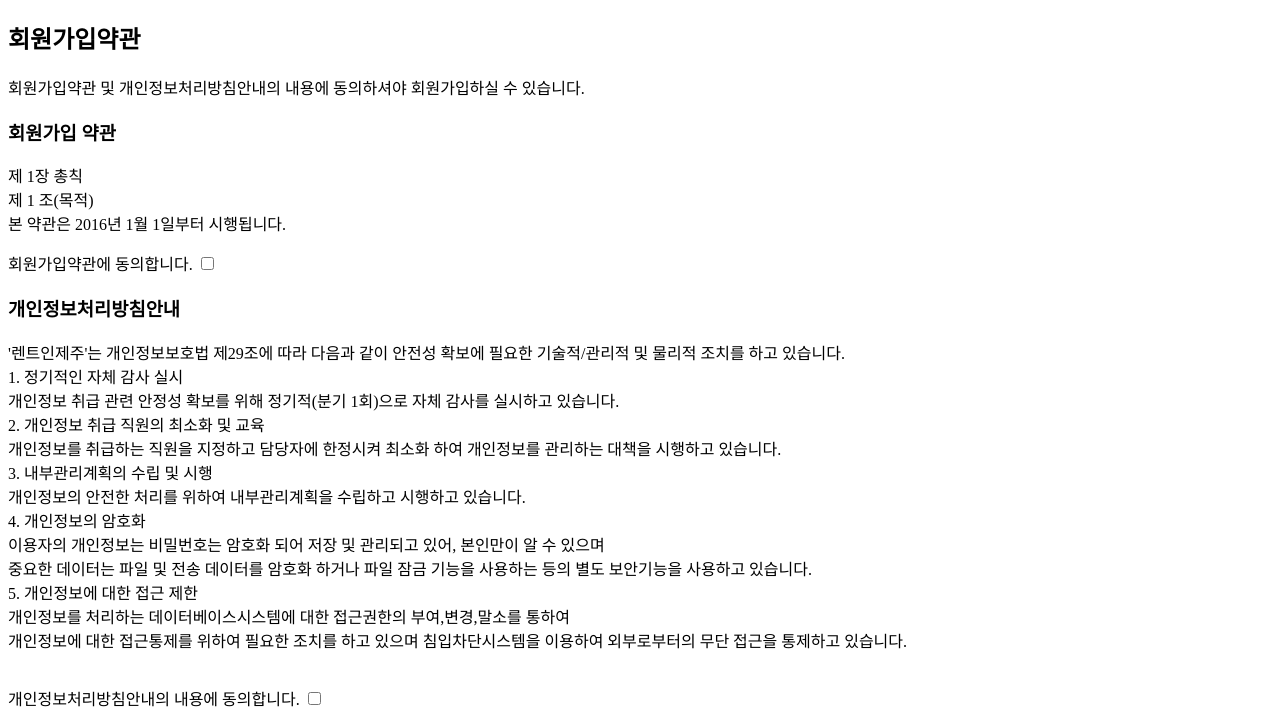
Repository: ks12b0000/JSP-School-Class
Page: chap10_JSP/src/main/webapp/Test/memberWriteSub.html
An editor plug-in stored every save of this project. The page is shown before and after the next save, followed by the edit.
The browser window is 1280 px wide. The pictures show the whole page.

Above is the page before, as saved 2022-06-03 12:42:15.

After the next save:
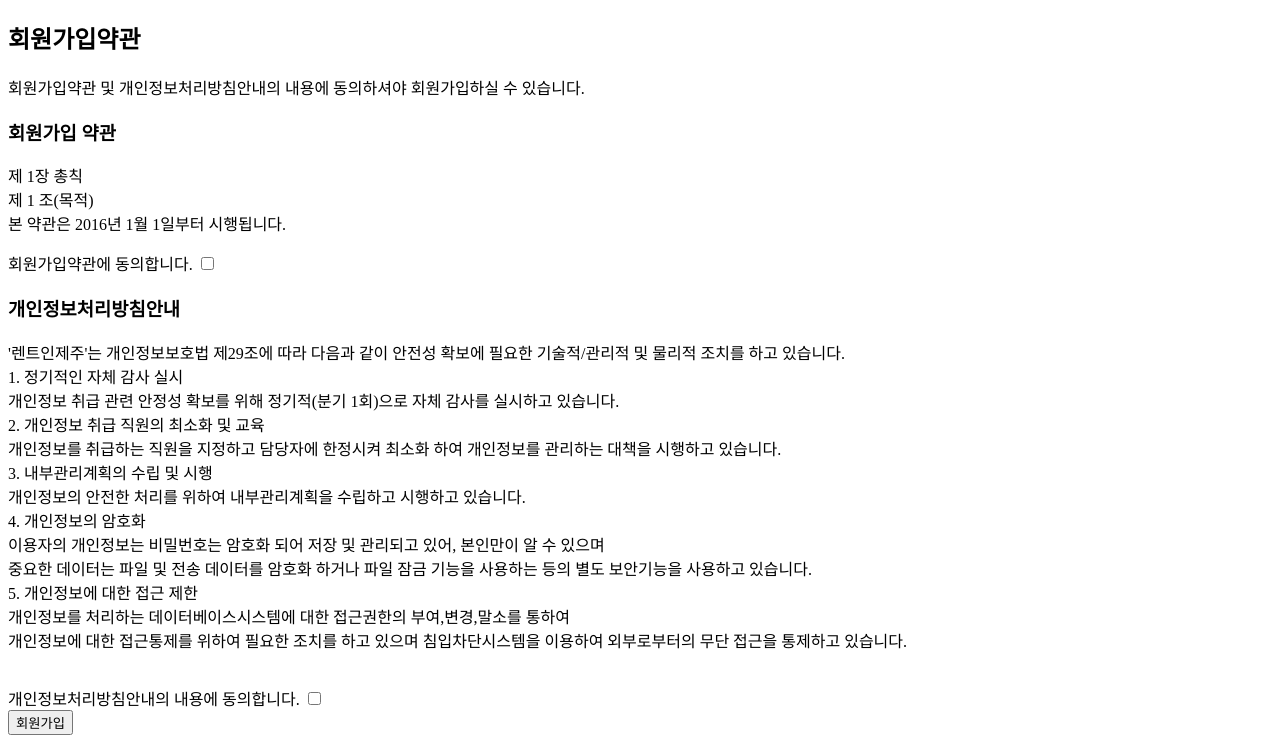
Saved 16 s later.
--- a/chap10_JSP/src/main/webapp/Test/memberWriteSub.html
+++ b/chap10_JSP/src/main/webapp/Test/memberWriteSub.html
@@ -32,5 +32,6 @@
 	<form id="terms_Ck2">
 	<label for="terms2">개인정보처리방침안내의 내용에 동의합니다.</label> <input type="checkbox" id="terms2" /><label for="Auto-Login"></label><br/>
 	</form>
+	<a href="signup.html"><input id="signup2" type="button" value="회원가입" /></a>
 </body>
 </html>
